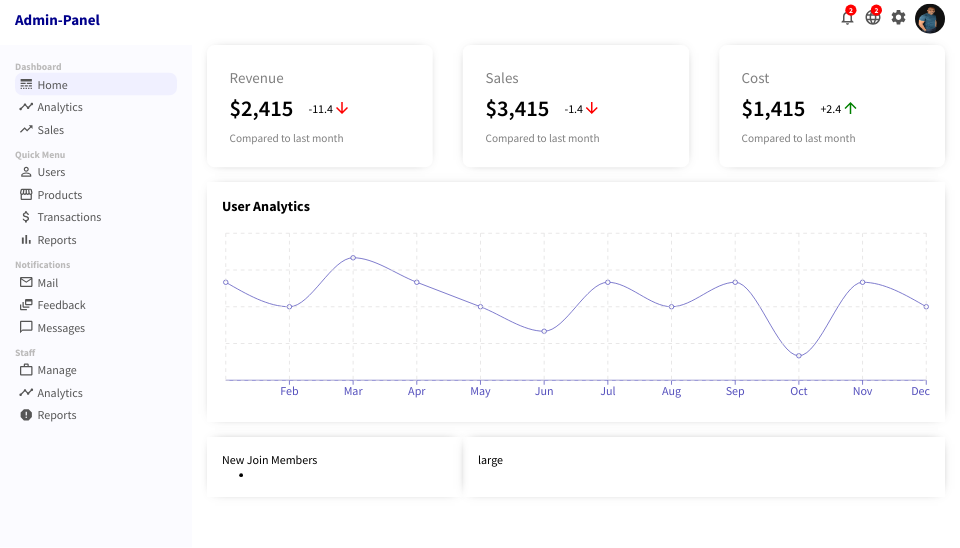
Repository: Samkiroko/admin-panel-ui
Page: /products
These files come from the project's save history. The page is drawn as it stood at one moment and after the next save; the edit follows.
The browser window is 1280 px wide. The pictures show the whole page, at 75% of full size.
The project was rebuilt for these pictures with package versions that can differ from the ones it lists, and the page was loaded fresh each time.

Above is the page before, as saved 2021-09-22 21:36:55.

### public/index.html
<!DOCTYPE html>
<html lang="en">
  <head>
    <meta charset="utf-8" />

    <meta name="viewport" content="width=device-width, initial-scale=1" />
    <meta name="theme-color" content="#000000" />
    <meta
      name="description"
      content="Web site created using create-react-app"
    />
    <link rel="preconnect" href="https://fonts.googleapis.com" />
    <link rel="preconnect" href="https://fonts.gstatic.com" crossorigin />
    <link
      href="https://fonts.googleapis.com/css2?family=Source+Sans+Pro:wght@200;300;400;600;700;900&display=swap"
      rel="stylesheet"
    />

    <style>
      * {
        font-family: "Source Sans Pro", sans-serif;
        margin: 0;
      }
    </style>
    <title>React admin panel</title>
  </head>

  <body>
    <noscript>You need to enable JavaScript to run this app.</noscript>
    <div id="root"></div>
  </body>
</html>

### src/App.js
import Sidebar from './components/sidebar/Sidebar'
import Topbar from './components/topbar/Topbar'
import './app.css'
import Home from './pages/home/Home'

function App() {
  return (
    <div className='App'>
      <Topbar />
      <div className='container'>
        <Sidebar />
        <Home />
      </div>
    </div>
  )
}

export default App

### src/components/sidebar/Sidebar.js
import {
  LineStyle,
  Timeline,
  TrendingUp,
  PermIdentity,
  Storefront,
  AttachMoney,
  BarChart,
  MailOutline,
  DynamicFeed,
  ChatBubbleOutline,
  WorkOutline,
  Report,
} from '@material-ui/icons'
import React from 'react'
import './sidebar.css'

const Sidebar = () => {
  return (
    <div className='sidebar'>
      <div className='sidebarWrapper'>
        <div className='sidebarMenu'>
          <h3 className='sidebarTitle'>Dashboard</h3>
          <ul className='sidebarList'>
            <li className='sidebarListItem active'>
              <LineStyle className='sidebarIcon' />
              Home
            </li>

            <li className='sidebarListItem'>
              <Timeline className='sidebarIcon' />
              Analytics
            </li>
            <li className='sidebarListItem'>
              <TrendingUp className='sidebarIcon' />
              Sales
            </li>
          </ul>
        </div>
        <div className='sidebarMenu'>
          <h3 className='sidebarTitle'>Quick Menu</h3>
          <ul className='sidebarList'>
            <li className='sidebarListItem'>
              <PermIdentity className='sidebarIcon' />
              Users
            </li>

            <li className='sidebarListItem'>
              <Storefront className='sidebarIcon' />
              Products
            </li>

            <li className='sidebarListItem'>
              <AttachMoney className='sidebarIcon' />
              Transactions
            </li>
            <li className='sidebarListItem'>
              <BarChart className='sidebarIcon' />
              Reports
            </li>
          </ul>
        </div>
        <div className='sidebarMenu'>
          <h3 className='sidebarTitle'>Notifications</h3>
          <ul className='sidebarList'>
            <li className='sidebarListItem'>
              <MailOutline className='sidebarIcon' />
              Mail
            </li>
            <li className='sidebarListItem'>
              <DynamicFeed className='sidebarIcon' />
              Feedback
            </li>
            <li className='sidebarListItem'>
              <ChatBubbleOutline className='sidebarIcon' />
              Messages
            </li>
          </ul>
        </div>
        <div className='sidebarMenu'>
          <h3 className='sidebarTitle'>Staff</h3>
          <ul className='sidebarList'>
            <li className='sidebarListItem'>
              <WorkOutline className='sidebarIcon' />
              Manage
            </li>
            <li className='sidebarListItem'>
              <Timeline className='sidebarIcon' />
              Analytics
            </li>
            <li className='sidebarListItem'>
              <Report className='sidebarIcon' />
              Reports
            </li>
          </ul>
        </div>
      </div>
    </div>
  )
}

export default Sidebar

### src/components/topbar/Topbar.js
import React from 'react'
import './topbar.css'
import { Language, NotificationsNone, Settings } from '@material-ui/icons'
import avatar from '../../images/sam_pic.jpeg'
const Topbar = () => {
  return (
    <div className='topbar'>
      <div className='topbarWrapper'>
        <div className='topLeft'>
          <span className='logo'>Admin-Panel</span>
        </div>
        <div className='topRight'>
          <div className='topbarIconContainer'>
            <NotificationsNone />
            <span className='topIconBadge'>2</span>
          </div>
          <div className='topbarIconContainer'>
            <Language />
            <span className='topIconBadge'>2</span>
          </div>
          <div className='topbarIconContainer'>
            <Settings />
          </div>
          <img src={avatar} alt='avatar' className='topAvatar' />
        </div>
      </div>
    </div>
  )
}

export default Topbar

### src/app.css
.container {
    display: flex;
    margin-top: 10px;
}

.link {
    text-decoration: none;
    color: inherit;
}

### src/pages/home/Home.js
import React from 'react'
import Chart from '../../components/chart/Chart'
import FeatureInfo from '../../components/featuredInfo/FeatureInfo'
import './home.css'
import { userData } from '../../dummyData'
import WidgetLg from '../../components/widgetLg/WidgetLg'
import WidgetSm from '../../components/widgetSm/WidgetSm'

const Home = () => {
  return (
    <div className='home'>
      <FeatureInfo />
      <Chart data={userData} title='User Analytics' grid dataKey='Active User' />
      <div className='homeWidgets'>
        <WidgetSm />
        <WidgetLg />
      </div>
    </div>
  )
}

export default Home

### src/components/sidebar/sidebar.css
.sidebar {
    flex: 1;
    height: calc(100vh - 50px);
    background-color: rgb(251, 251, 255);
    position: sticky;
    top: 50px;
}

.sidebarWrapper {
    padding: 20px;
    color: #555;
}

.sidebarMenu {
    margin-bottom: 10px;
}

.sidebarTitle {
    font-size: 13px;
    color: rgb(187, 186, 186);
}

.sidebarList {
    list-style: none;
    padding: 0;
}

.sidebarListItem {
    padding: 5px;
    cursor: pointer;
    display: flex;
    align-items: center;
    border-radius: 10px;
}

.sidebarListItem.active,
.sidebarListItem:hover {
    background-color: rgb(240, 240, 255);
}

.sidebarIcon {
    margin-right: 5px;
    font-size: 20px !important;
}

### src/components/topbar/topbar.css
.topbar {
    width: 100%;
    height: 50px;
    background-color: white;
    position: sticky;
    top: 0;
    z-index: 999;
}

.topbarWrapper {
    height: 100%;
    padding: 0px 20px;
    display: flex;
    align-items: center;
    justify-content: space-between;
}

.logo {
    font-weight: bold;
    font-size: 20px;
    color: darkblue;
    cursor: pointer;
}

.topbarIconContainer {
    position: relative;
    align-items: center;
    margin-right: 10px;
    color: #555;
}

.topIconBadge {
    width: 15px;
    height: 15px;
    position: absolute;
    top: -5px;
    right: 0px;
    background-color: red;
    color: white;
    border-radius: 50%;
    display: flex;
    align-items: center;
    justify-content: center;
    font-size: 10px;
    font-weight: bold;
}

.topRight {
    display: flex;
    align-items: center;
    cursor: pointer;
}

.topAvatar {
    width: 40px;
    height: 40px;
    border-radius: 50%;
    cursor: pointer;
}

### src/components/chart/Chart.js
import './chart.css'
import { LineChart, Line, XAxis, CartesianGrid, Tooltip, ResponsiveContainer } from 'recharts'

export default function Chart({ title, data, dataKey, grid }) {
  return (
    <div className='chart'>
      <h3 className='chartTitle'>{title}</h3>
      <ResponsiveContainer width='100%' aspect={4 / 1}>
        <LineChart data={data}>
          <XAxis dataKey='name' stroke='#5550bd' />
          <Line type='monotone' dataKey={dataKey} stroke='#5550bd' />
          <Tooltip />
          {grid && <CartesianGrid stroke='#e0dfdf' strokeDasharray='5 5' />}
        </LineChart>
      </ResponsiveContainer>
    </div>
  )
}

### src/components/featuredInfo/FeatureInfo.js
import { ArrowDownward, ArrowUpward } from '@material-ui/icons'
import React from 'react'
import './featureInfo.css'

const FeatureInfo = () => {
  return (
    <div className='featured'>
      <div className='featuredItem'>
        <span className='featuredTitle'>Revenue</span>
        <div className='featuredMoneyContainer'>
          <span className='featuredMoney'>$2,415</span>
          <span className='featuredMoneyRate'>
            -11.4
            <ArrowDownward className='featuredIcon negative' />
          </span>
        </div>
        <span className='featuredSub'>Compared to last month</span>
      </div>
      <div className='featuredItem'>
        <span className='featuredTitle'>Sales</span>
        <div className='featuredMoneyContainer'>
          <span className='featuredMoney'>$3,415</span>
          <span className='featuredMoneyRate'>
            -1.4
            <ArrowDownward className='featuredIcon negative' />
          </span>
        </div>
        <span className='featuredSub'>Compared to last month</span>
      </div>{' '}
      <div className='featuredItem'>
        <span className='featuredTitle'>Cost</span>
        <div className='featuredMoneyContainer'>
          <span className='featuredMoney'>$1,415</span>
          <span className='featuredMoneyRate'>
            +2.4
            <ArrowUpward className='featuredIcon ' />
          </span>
        </div>
        <span className='featuredSub'>Compared to last month</span>
      </div>
    </div>
  )
}

export default FeatureInfo

### src/dummyData.js
export const userData = [
  {
    name: 'Jan',
    'Active User': 4000,
  },
  {
    name: 'Feb',
    'Active User': 3000,
  },
  {
    name: 'Mar',
    'Active User': 5000,
  },
  {
    name: 'Apr',
    'Active User': 4000,
  },
  {
    name: 'May',
    'Active User': 3000,
  },
  {
    name: 'Jun',
    'Active User': 2000,
  },
  {
    name: 'Jul',
    'Active User': 4000,
  },
  {
    name: 'Aug',
    'Active User': 3000,
  },
  {
    name: 'Sep',
    'Active User': 4000,
  },
  {
    name: 'Oct',
    'Active User': 1000,
  },
  {
    name: 'Nov',
    'Active User': 4000,
  },
  {
    name: 'Dec',
    'Active User': 3000,
  },
]

export const productData = [
  {
    name: 'Jan',
    Sales: 4000,
  },
  {
    name: 'Feb',
    Sales: 3000,
  },
  {
    name: 'Mar',
    Sales: 5000,
  },
]

export const userRows = [
  {
    id: 1,
    username: 'Jon Snow',
    avatar: 'https://images.pexels.com/photos/1152994/pexels-photo-1152994.jpeg?auto=compress&cs=tinysrgb&dpr=2&w=500',
    email: 'jon@gmail.com',
    status: 'active',
    transaction: '$120.00',
  },
  {
    id: 2,
    username: 'Jon Snow',
    avatar: 'https://images.pexels.com/photos/1152994/pexels-photo-1152994.jpeg?auto=compress&cs=tinysrgb&dpr=2&w=500',
    email: 'jon@gmail.com',
    status: 'active',
    transaction: '$120.00',
  },
  {
    id: 3,
    username: 'Jon Snow',
    avatar: 'https://images.pexels.com/photos/1152994/pexels-photo-1152994.jpeg?auto=compress&cs=tinysrgb&dpr=2&w=500',
    email: 'jon@gmail.com',
    status: 'active',
    transaction: '$120.00',
  },
  {
    id: 4,
    username: 'Jon Snow',
    avatar: 'https://images.pexels.com/photos/1152994/pexels-photo-1152994.jpeg?auto=compress&cs=tinysrgb&dpr=2&w=500',
    email: 'jon@gmail.com',
    status: 'active',
    transaction: '$120.00',
  },
  {
    id: 5,
    username: 'Jon Snow',
    avatar: 'https://images.pexels.com/photos/1152994/pexels-photo-1152994.jpeg?auto=compress&cs=tinysrgb&dpr=2&w=500',
    email: 'jon@gmail.com',
    status: 'active',
    transaction: '$120.00',
  },
  {
    id: 6,
    username: 'Jon Snow',
    avatar: 'https://images.pexels.com/photos/1152994/pexels-photo-1152994.jpeg?auto=compress&cs=tinysrgb&dpr=2&w=500',
    email: 'jon@gmail.com',
    status: 'active',
    transaction: '$120.00',
  },
  {
    id: 7,
    username: 'Jon Snow',
    avatar: 'https://images.pexels.com/photos/1152994/pexels-photo-1152994.jpeg?auto=compress&cs=tinysrgb&dpr=2&w=500',
    email: 'jon@gmail.com',
    status: 'active',
    transaction: '$120.00',
  },
  {
    id: 8,
    username: 'Jon Snow',
    avatar: 'https://images.pexels.com/photos/1152994/pexels-photo-1152994.jpeg?auto=compress&cs=tinysrgb&dpr=2&w=500',
    email: 'jon@gmail.com',
    status: 'active',
    transaction: '$120.00',
  },
  {
    id: 9,
    username: 'Jon Snow',
    avatar: 'https://images.pexels.com/photos/1152994/pexels-photo-1152994.jpeg?auto=compress&cs=tinysrgb&dpr=2&w=500',
    email: 'jon@gmail.com',
    status: 'active',
    transaction: '$120.00',
  },
  {
    id: 10,
    username: 'Jon Snow',
    avatar: 'https://images.pexels.com/photos/1152994/pexels-photo-1152994.jpeg?auto=compress&cs=tinysrgb&dpr=2&w=500',
    email: 'jon@gmail.com',
    status: 'active',
    transaction: '$120.00',
  },
]

export const productRows = [
  {
    id: 1,
    name: 'Apple Airpods',
    img: 'https://images.pexels.com/photos/7156886/pexels-photo-7156886.jpeg?auto=compress&cs=tinysrgb&dpr=2&w=500',
    stock: 123,
    status: 'active',
    price: '$120.00',
  },
  {
    id: 2,
    name: 'Apple Airpods',
    img: 'https://images.pexels.com/photos/7156886/pexels-photo-7156886.jpeg?auto=compress&cs=tinysrgb&dpr=2&w=500',
    stock: 123,
    status: 'active',
    price: '$120.00',
  },
  {
    id: 3,
    name: 'Apple Airpods',
    img: 'https://images.pexels.com/photos/7156886/pexels-photo-7156886.jpeg?auto=compress&cs=tinysrgb&dpr=2&w=500',
    stock: 123,
    status: 'active',
    price: '$120.00',
  },
  {
    id: 4,
    name: 'Apple Airpods',
    img: 'https://images.pexels.com/photos/7156886/pexels-photo-7156886.jpeg?auto=compress&cs=tinysrgb&dpr=2&w=500',
    stock: 123,
    status: 'active',
    price: '$120.00',
  },
  {
    id: 5,
    name: 'Apple Airpods',
    img: 'https://images.pexels.com/photos/7156886/pexels-photo-7156886.jpeg?auto=compress&cs=tinysrgb&dpr=2&w=500',
    stock: 123,
    status: 'active',
    price: '$120.00',
  },
  {
    id: 6,
    name: 'Apple Airpods',
    img: 'https://images.pexels.com/photos/7156886/pexels-photo-7156886.jpeg?auto=compress&cs=tinysrgb&dpr=2&w=500',
    stock: 123,
    status: 'active',
    price: '$120.00',
  },
  {
    id: 7,
    name: 'Apple Airpods',
    img: 'https://images.pexels.com/photos/7156886/pexels-photo-7156886.jpeg?auto=compress&cs=tinysrgb&dpr=2&w=500',
    stock: 123,
    status: 'active',
    price: '$120.00',
  },
  {
    id: 8,
    name: 'Apple Airpods',
    img: 'https://images.pexels.com/photos/7156886/pexels-photo-7156886.jpeg?auto=compress&cs=tinysrgb&dpr=2&w=500',
    stock: 123,
    status: 'active',
    price: '$120.00',
  },
  {
    id: 9,
    name: 'Apple Airpods',
    img: 'https://images.pexels.com/photos/7156886/pexels-photo-7156886.jpeg?auto=compress&cs=tinysrgb&dpr=2&w=500',
    stock: 123,
    status: 'active',
    price: '$120.00',
  },
  {
    id: 10,
    name: 'Apple Airpods',
    img: 'https://images.pexels.com/photos/7156886/pexels-photo-7156886.jpeg?auto=compress&cs=tinysrgb&dpr=2&w=500',
    stock: 123,
    status: 'active',
    price: '$120.00',
  },
]

### src/components/widgetLg/WidgetLg.js
import React from 'react'
import './widgetLg.css'

const WidgetLg = () => {
  return <div className='widgetLg'>large</div>
}

export default WidgetLg

### src/components/widgetSm/WidgetSm.js
import React from 'react'
import './widgetSm.css'

const WidgetSm = () => {
  return (
    <div className='widgetSg'>
      <span className='widgetSmTitle'>New Join Members</span>
      <ul className='widgetSmList'>
        <li className='widgetSmItem'></li>
      </ul>
    </div>
  )
}

export default WidgetSm

### src/components/chart/chart.css
.chart {
    margin: 20px;
    padding: 20px;
    cursor: pointer;
    -webkit-box-shadow: 0px 0px 15px -10px rgba(0, 0, 0, 0.75);
    box-shadow: 0px 0px 15px -10px rgba(0, 0, 0, 0.75);
}

.chartTitle {
    margin-bottom: 20px;
}

### src/components/featuredInfo/featureInfo.css
.featured {
    width: 100%;
    display: flex;
    justify-content: space-between;
}

.featuredItem {
    flex: 1;
    margin: 0px 20px;
    padding: 30px;
    border-radius: 10px;
    cursor: pointer;
    -webkit-box-shadow: 0px 0px 15px -10px rgba(0, 0, 0, 0.75);
    box-shadow: 0px 0px 15px -10px rgba(0, 0, 0, 0.75);
}

.featuredTitle {
    font-size: 20px;
    color: gray;
}

.featuredMoneyContainer {
    margin: 10px 0px;
    display: flex;
    align-items: center;
}

.featuredMoney {
    font-size: 30px;
    font-weight: 600;
}

.featuredMoneyRate {
    display: flex;
    align-items: center;
    margin-left: 20px;
}

.featuredIcon {
    font-size: 14px;
    margin-right: 5px;
    color: green;
}

.featuredIcon.negative {
    color: red;
}

.featuredSub {
    font-size: 15px;
    color: gray;
}

### src/components/widgetLg/widgetLg.css
.widgetLg {
    flex: 2;
    padding: 20px;
    -webkit-box-shadow: 0px 0px 15px -10px rgba(0, 0, 0, 0.75);
    box-shadow: 0px 0px 15px -10px rgba(0, 0, 0, 0.75);
}

### src/components/widgetSm/widgetSm.css
.widgetSg {
    flex: 1;
    padding: 20px;
    -webkit-box-shadow: 0px 0px 15px -10px rgba(0, 0, 0, 0.75);
    box-shadow: 0px 0px 15px -10px rgba(0, 0, 0, 0.75);
}

Loaded but not shown: src/index.js (common file); src/index.css (common file); src/pages/home/home.css (common file)

After the next save:
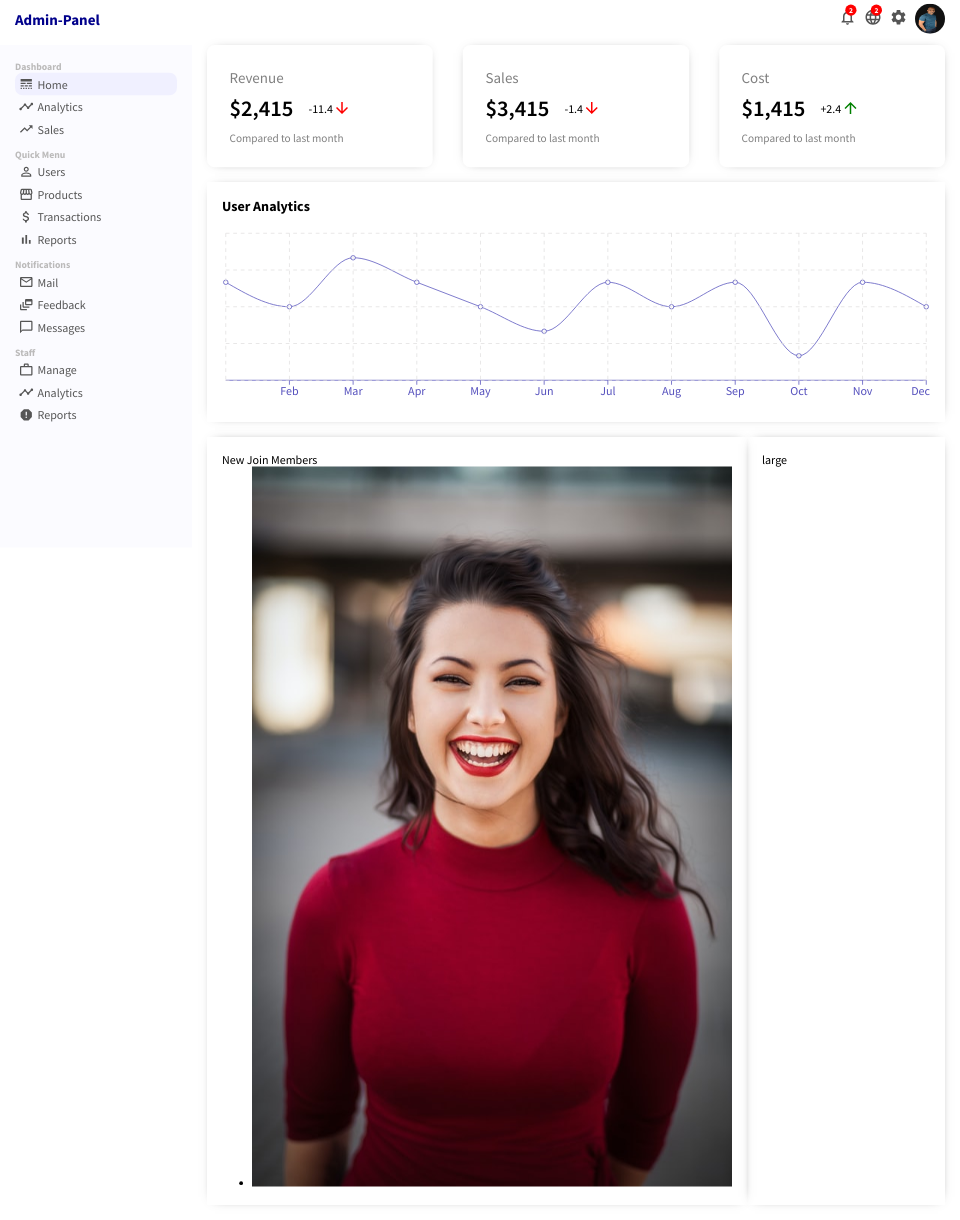
Saved 6 min 54 s later.
--- a/src/components/widgetSm/WidgetSm.js
+++ b/src/components/widgetSm/WidgetSm.js
@@ -1,12 +1,15 @@
 import React from 'react'
 import './widgetSm.css'
+import avatar from '../../images/avatar2.jpg'
 
 const WidgetSm = () => {
   return (
     <div className='widgetSg'>
       <span className='widgetSmTitle'>New Join Members</span>
       <ul className='widgetSmList'>
-        <li className='widgetSmItem'></li>
+        <li className='widgetSmListItem'>
+          <img src={avatar} alt='avatar' />
+        </li>
       </ul>
     </div>
   )
